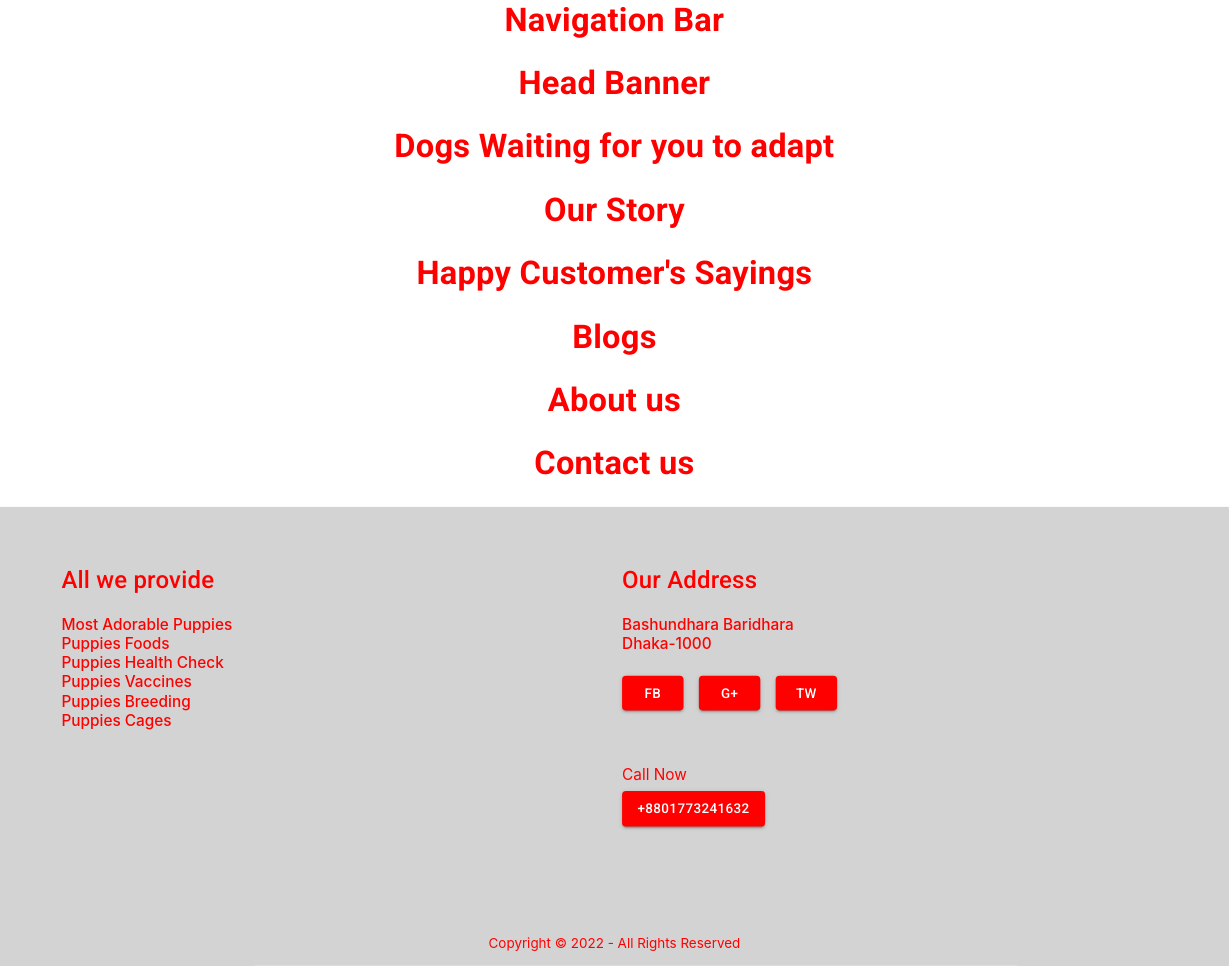
Repository: Sharif-00112/dogos-paradise-client
Page: /
These files come from the project's save history. The page is drawn as it stood at one moment and after the next save; the edit follows.
The browser window is 1280 px wide. The pictures show the whole page, at 96% of full size.
The project was rebuilt for these pictures with package versions that can differ from the ones it lists, and the page was loaded fresh each time. Also part of the build but not shown: src/Pages/Login/Login/Login.js, src/Pages/Login/Register/Register.js, src/Pages/NotFound/NotFound.js.

Above is the page before, as saved 2022-11-30 22:50:46.

### public/index.html
<!DOCTYPE html>
<html lang="en">
  <head>
    <meta charset="utf-8" />
    <link rel="icon" href="%PUBLIC_URL%/favicon.ico" />
    <meta name="viewport" content="width=device-width, initial-scale=1" />
    <meta name="theme-color" content="#000000" />
    <meta
      name="description"
      content="Web site created using create-react-app"
    />
    <link
      rel="stylesheet" href="https://fonts.googleapis.com/css?family=Roboto:300,400,500,700&display=swap"
    />

    <link rel="apple-touch-icon" href="%PUBLIC_URL%/logo192.png" />
    <!--
      manifest.json provides metadata used when your web app is installed on a
      user's mobile device or desktop. See https://developers.google.com/web/fundamentals/web-app-manifest/
    -->
    <link rel="manifest" href="%PUBLIC_URL%/manifest.json" />
    <!--
      Notice the use of %PUBLIC_URL% in the tags above.
      It will be replaced with the URL of the `public` folder during the build.
      Only files inside the `public` folder can be referenced from the HTML.

      Unlike "/favicon.ico" or "favicon.ico", "%PUBLIC_URL%/favicon.ico" will
      work correctly both with client-side routing and a non-root public URL.
      Learn how to configure a non-root public URL by running `npm run build`.
    -->
    <title>React App</title>
  </head>
  <body>
    <noscript>You need to enable JavaScript to run this app.</noscript>
    <div id="root"></div>
    <!--
      This HTML file is a template.
      If you open it directly in the browser, you will see an empty page.

      You can add webfonts, meta tags, or analytics to this file.
      The build step will place the bundled scripts into the <body> tag.

      To begin the development, run `npm start` or `yarn start`.
      To create a production bundle, use `npm run build` or `yarn build`.
    -->
  </body>
</html>

### src/App.js
import React  from 'react';
import './App.css';
import { BrowserRouter as Router, Route, Routes} from 'react-router-dom';
import Home from './Pages/Home/Home/Home';
import Login from './Pages/Login/Login/Login';
import Register from './Pages/Login/Register/Register';
import AuthProvider from './contexts/AuthProvider/AuthProvider';
// import PrivateRoute from './Pages/Login/PrivateRoute/PrivateRoute';
import NotFound from './Pages/NotFound/NotFound';
import Contact from './Pages/Home/Contact/Contact';
import Products from './Pages/Home/Products/Products';
import Story from './Pages/Home/Story/Story';
import CustomerReviews from './Pages/Home/CustomerReviews/CustomerReviews';
import Blogs from './Pages/Home/Blogs/Blogs';
import About from './Pages/Home/About/About';
// import Footer from './Pages/Shared/Footer/Footer';
// import Dashboard from './Pages/Dashboard/Dashboard/Dashboard';

function App() {
  return (
    <div className="App">
      <AuthProvider>
        <Router>
          <Routes>
            <Route exact path = '/' element={<Home/>}/>
            <Route exact path = '/home' element={<Home/>}/>
            <Route exact path = '/login' element={<Login/>}/>
            <Route exact path = '/register' element={<Register/>}/>
            <Route exact path = '/contact' element={<Contact/>}/>
            <Route exact path = '/products' element={<Products/>}/>
            <Route exact path = '/story' element={<Story/>}/>
            <Route exact path = '/reviews' element={<CustomerReviews/>}/>
            <Route exact path = '/blogs' element={<Blogs/>}/>
            <Route exact path = '/about' element={<About/>}/>
            {/* <Route exact path = '/appointment' element = {
              <PrivateRoute>
                <Appointment></Appointment>
              </PrivateRoute>
            }> </Route> */}
            {/* <Route path = 'dashboard/*' element = {
              <PrivateRoute>
                <Dashboard></Dashboard>
              </PrivateRoute>
            }> </Route> */}
            <Route path = '*' element={<NotFound/>}/>
          </Routes>
          {/* <Footer></Footer> */}
        </Router>
      </AuthProvider>
    </div>
  );
}

export default App;

### src/Pages/Home/Home/Home.js
import React from 'react';
import Footer from '../../Shared/Footer/Footer';
import Navigation from '../../Shared/Navigation/Navigation';
import About from '../About/About';
import Banner from '../Banner/Banner';
import Blogs from '../Blogs/Blogs';
import Contact from '../Contact/Contact';
import CustomerReviews from '../CustomerReviews/CustomerReviews';
import Products from '../Products/Products';
import Story from '../Story/Story';

const Home = () => {
    return (
        <div>
            <Navigation></Navigation>
            <Banner></Banner>
            <Products></Products>
            <Story></Story>
            <CustomerReviews></CustomerReviews>
            <Blogs></Blogs>
            <About></About>
            <Contact></Contact>
            <Footer></Footer>
        </div>
    );
};

export default Home;

### src/contexts/AuthProvider/AuthProvider.js
import React from 'react';
import { createContext } from 'react';
import useFirebase from '../../hooks/useFirebase';

//step-1-context
export const AuthContext = createContext();

const AuthProvider = (props) => {
    //step-3-context
    const {children} = props;

    //step-5-context
    const allContexts = useFirebase();

    return (
        //step-2-context
        <AuthContext.Provider value={allContexts}>
            {children}
        </AuthContext.Provider>
    );
};

export default AuthProvider;

### src/Pages/Home/Contact/Contact.js
import React from 'react';
import { Typography } from '@mui/material';

const Contact = () => {
    return (
        <div>
            <Typography sx={{ m: 3, color: 'red', fontWeight: 600 }} variant="h4" component="div">
                Contact us
            </Typography>
        </div>
    );
};

export default Contact;

### src/Pages/Home/Products/Products.js
import React from 'react';
import { Typography } from '@mui/material';

const Products = () => {
    return (
        <div>
            <Typography sx={{ m: 3, color: 'red', fontWeight: 600 }} variant="h4" component="div">
                Dogs Waiting for you to adapt
            </Typography>
        </div>
    );
};

export default Products;

### src/Pages/Home/Story/Story.js
import React from 'react';
import { Typography } from '@mui/material';


const Story = () => {
    return (
        <div>
            <Typography sx={{ m: 3, color: 'red', fontWeight: 600 }} variant="h4" component="div">
                Our Story
            </Typography>
        </div>
    );
};

export default Story;

### src/Pages/Home/CustomerReviews/CustomerReviews.js
import React from 'react';
import { Typography } from '@mui/material';


const CustomerReviews = () => {
    return (
        <div>
            <Typography sx={{ m: 3, color: 'red', fontWeight: 600 }} variant="h4" component="div">
                Happy Customer's Sayings
            </Typography>
        </div>
    );
};

export default CustomerReviews;

### src/Pages/Home/Blogs/Blogs.js
import React from 'react';
import { Typography } from '@mui/material';


const Blogs = () => {
    return (
        <div>
            <Typography sx={{ m: 3, color: 'red', fontWeight: 600 }} variant="h4" component="div">
                Blogs
            </Typography>
        </div>
    );
};

export default Blogs;

### src/Pages/Home/About/About.js
import React from 'react';
import { Typography } from '@mui/material';

const About = () => {
    return (
        <div>
            <Typography sx={{ m: 3, color: 'red', fontWeight: 600 }} variant="h4" component="div">
                About us
            </Typography>
        </div>
    );
};

export default About;

### src/Pages/Shared/Footer/Footer.js
import React from 'react';
import { Typography } from '@mui/material';
import { Container } from '@mui/system';
import Box from '@mui/material/Box';
import Grid from '@mui/material/Unstable_Grid2';
import { Link } from 'react-router-dom';
import { Button } from '@mui/material';


const Footer = () => {
    return (
        <div style={{ backgroundColor: 'lightgray' }}>
        <Container sx={{ py: 5, px:10 }}>
            <Box sx={{ flexGrow: 1 }}>
                <Grid container spacing={2}>
                    <Grid item style={{ textAlign: 'left'}} xs={6} md={6}>
                        <Typography sx={{ my:2, fontSize: 18, fontWeight: 600 }} style={{color: 'red', fontWeight: 500, fontSize: 25 }} variant="h6" component="div">
                            All we provide
                        </Typography>
                        <Link
                            style={{ textDecoration:'none', color: 'red', fontWeight: 500, fontSize: 16 }}
                            to = '/emergencyDentalCare'>
                                Most Adorable Puppies
                        </Link>
                        <br />
                        <Link
                            style={{ textDecoration:'none', color: 'red', fontWeight: 500, fontSize: 16 }}
                            to = '/checkUp'>
                                Puppies Foods
                        </Link>
                        <br />
                        <Link
                            style={{ textDecoration:'none', color: 'red', fontWeight: 500, fontSize: 16 }}
                            to = '/checkUp'>
                                Puppies Health Check
                        </Link>
                        <br />
                        <Link
                            style={{ textDecoration:'none', color: 'red', fontWeight: 500, fontSize: 16 }}
                            to = '/checkUp'>
                                Puppies Vaccines
                        </Link>
                        <br />
                        <Link
                            style={{ textDecoration:'none', color: 'red', fontWeight: 500, fontSize: 16 }}
                            to = '/checkUp'>
                                Puppies Breeding
                        </Link>
                        <br />
                        <Link
                            style={{ textDecoration:'none', color: 'red', fontWeight: 500, fontSize: 16 }}
                            to = '/checkUp'>
                                Puppies Cages
                        </Link>
                    </Grid>
                    <Grid item style={{ textAlign: 'left'}} xs={6} md={6}>
                        <Typography sx={{ my:2, fontSize: 18, fontWeight: 600 }} style={{color: 'red', fontWeight: 500, fontSize: 25 }} variant="h6" component="div">
                            Our Address
                        </Typography>
                        <Typography sx={{ fontSize: 16, fontWeight: 400 }} style={{color: 'red', fontWeight: 500, fontSize: 16 }} variant="" component="div">
                                Bashundhara Baridhara <br />
                                Dhaka-1000
                        </Typography>

                        <a href="https://www.facebook.com/" target="_blank" style={{ textDecoration:'none', color:'white' }}>
                            <Button sx={{ mt:3, mr:2 }} variant="contained" style={{backgroundColor: 'red'}}>
                                FB
                            </Button>
                        </a>
                        <a href="https://www.google.com/" target="_blank" style={{ textDecoration:'none', color:'white' }}>
                            <Button sx={{ mt:3, mr:2 }} variant="contained" style={{backgroundColor: 'red'}}>
                                G+
                            </Button>
                        </a>
                        <a href="https://twitter.com/" target="_blank" style={{ textDecoration:'none', color:'white' }}>
                            <Button sx={{ mt:3, mr:2 }} variant="contained" style={{backgroundColor: 'red'}}>
                                TW
                            </Button>
                        </a>

                        <Typography sx={{ mt:7, fontSize: 16, fontWeight: 400, color:'red' }} variant="" component="div">
                                Call Now
                        </Typography>
                        <a href="tel:+8801773241632" style={{ textDecoration:'none', color:'white' }}>
                            <Button sx={{ mt:1, mr:2 }} variant="contained" style={{backgroundColor: 'red'}}>
                                +8801773241632
                            </Button>
                        </a>
                    </Grid>
                </Grid>
            </Box>
        </Container>
        <Typography sx={{ p:2, mt:7, fontSize: 14, fontWeight: 400, color: 'red' }} variant="" component="div">
            Copyright &copy; 2022 - All Rights Reserved
        </Typography>
    </div>
    );
};

export default Footer;

### src/Pages/Shared/Navigation/Navigation.js
import React from 'react';
import { Typography } from '@mui/material';

const Navigation = () => {
    return (
        <div>
            <Typography sx={{ mx: 3, color: 'red', fontWeight: 600 }} variant="h4" component="div">
                Navigation Bar
            </Typography>
        </div>
    );
};

export default Navigation;

### src/Pages/Home/Banner/Banner.js
import React from 'react';
import { Typography } from '@mui/material';

const Banner = () => {
    return (
        <div>
            <Typography sx={{ m: 3, color: 'red', fontWeight: 600 }} variant="h4" component="div">
                Head Banner
            </Typography>
        </div>
    );
};

export default Banner;

### src/hooks/useFirebase.js
import { useState } from "react";
import initializeAuthentication from "../Pages/Login/Firebase/firebase.initialize";
import { getAuth, signInWithPopup, GoogleAuthProvider, onAuthStateChanged, signOut, FacebookAuthProvider, createUserWithEmailAndPassword, signInWithEmailAndPassword, sendPasswordResetEmail, updatePassword, sendEmailVerification, updateProfile, getIdToken } from "firebase/auth";
import { useEffect } from "react";

initializeAuthentication();

const useFirebase = () =>{
    const [user, setUser] = useState({});
    const [error, setError] = useState('');
    const [name, setName] = useState('');
    const [email, setEmail] = useState('');
    const [password, setPassword] = useState('');
    const [isLoading, setIsLoading] = useState(true);
    const [admin, setAdmin] = useState(false);
    const [token, setToken] = useState('');

    const googleProvider = new GoogleAuthProvider();
    // const gitProvider = new GithubAuthProvider();
    const facebookProvider = new FacebookAuthProvider();
    const auth = getAuth();

    const signInUsingGoogle = () =>{
      setIsLoading(true);
      signInWithPopup(auth, googleProvider)
      .then((result) => {
          // This gives you a Google Access Token. You can use it to access the Google API.
          // const credential = GoogleAuthProvider.credentialFromResult(result);
          // const token = credential.accessToken;
          // The signed-in user info.
          setUser(result.user);
          // save user to the database
          saveUserToDB(result.user.email, result.user.displayName, 'PUT');
      }).catch((error) => {
          // Handle Errors here.
          setError(error.code);
          setError(error.message);
          // The email of the user's account used.
          setError(error.customData.email);
          // The AuthCredential type that was used.
          setError(GoogleAuthProvider.credentialFromError(error));
      }).finally(() =>{
        setIsLoading(false);
      });
    };

    const signInUsingFacebook = () =>{
      setIsLoading(true);
      signInWithPopup(auth, facebookProvider)
      .then((result) => {
        // The signed-in user info.
        setUser(result.user);
        // save user to the database
        saveUserToDB(result.user.email, result.user.displayName, 'PUT');

        // This gives you a Facebook Access Token. You can use it to access the Facebook API.
        // const credential = FacebookAuthProvider.credentialFromResult(result);
        // const accessToken = credential.accessToken;
      })
      .catch((error) => {
        // Handle Errors here.
        setError(error.code);
        setError(error.message);
        // The email of the user's account used.
        setError(error.customData.email);
        // The AuthCredential type that was used.
        setError(FacebookAuthProvider.credentialFromError(error));
      }).finally(() =>{
        setIsLoading(false);
      });
    };

    const customLogin = (email, password) =>{
      setIsLoading(true);
      signInWithEmailAndPassword(auth, email, password)
      .then((userCredential) => {
        // Signed in
        setUser(userCredential.user);
        setError('');
      })
      .catch((error) => {
        setError(error.code);
        setError(error.message);
      })
      .finally(() => setIsLoading(false));
    };

    const customRegister = (email, password) =>{
      setIsLoading(true);
      createUserWithEmailAndPassword(auth, email, password)
      .then((userCredential) => {
        // Signed in
        // const user = userCredential.user;
        // console.log(user);
        setUser(userCredential.user);
        // save user to the database
        saveUserToDB(userCredential.user.email, userCredential.user.displayName, 'POST')
        // clear error message
        setError('');
      })
      .catch((error) => {
        setError(error.code);
        setError(error.message);
      })
      .finally(() => setIsLoading(false));
    };

    const handleLoginSubmitBtn = e =>{
      e.preventDefault();
      // console.log(email, password);
      customLogin(email, password);
    }

    const handleRegisterSubmitBtn = e =>{
      e.preventDefault();
      // console.log(email, password);

      if(!/.{8,}/.test(password)){
        setError('Ensure password is of minimum length 8');
        return;
      }
      if(!/(?=.*[A-Z])/.test(password)){
        setError('Ensure password has minimum one uppercase letters');
        return;
      }
      if(!/(?=.*[!@#$%^&*()\-__+.])/.test(password)){
        setError('Ensure password has minimum one special case letter');
        return;
      }
      if(!/(?=.*[0-9])/.test(password)){
        setError('Ensure password has minimum one digits');
        return;
      }
      if(!/(?=.*[a-z])/.test(password)){
        setError('Ensure password has minimum one lowercase letters');
        return;
      }
      customRegister(email, password);
    }

    const handleNameChange = e =>{
      setName(e.target.value);
    }

    const handleEmailChange = e =>{
      setEmail(e.target.value);
    }

    const handlePasswordChange = e =>{
      setPassword(e.target.value);
    }

    const handleForgotPassword = () =>{
      sendPasswordResetEmail(auth, email)
      .then(() => {
        // Password reset email sent!
      })
      .catch((error) => {
        setError(error.code);
        setError(error.message);
      });
    }

    const handleChangePassword = () =>{
      const user = auth.currentUser;
      const newPassword = password;
      updatePassword(user, newPassword).then(() => {
        // Update successful.
      }).catch((error) => {
        setError(error.code);
        setError(error.message);
      });
    }

    const setUserName = () =>{
      updateProfile(auth.currentUser, {
        displayName: name
      }).then(() => {
        // Profile updated!
      }).catch((error) => {
        setError(error.code);
        setError(error.message);
      });
    }

    const verifyEmail = () =>{
      sendEmailVerification(auth.currentUser)
      .then(() => {
        // Email verification sent!
      }).catch((error) => {
        setError(error.code);
        setError(error.message);
      });
    }

    //observe user login change
    useEffect(()=>{
        const unsubscribe = onAuthStateChanged(auth, (user) => {
            if (user) {
              // User is signed in
              setUser(user);

              //JWT
              getIdToken(user)
              // .then(idToken => console.log(idToken))
              // .then(idToken => localStorage.setItem('idToken', idToken))
              .then(idToken => setToken(idToken))

            } else {
              // User is signed out
              setUser({});
            }
            setIsLoading(false);
          });
          return () => unsubscribe;
    },[auth]);

    // check Admin
    // useEffect( () =>{
    //   fetch(`http://localhost:3005/users/${user.email}`)
    //   .then(res => res.json())
    //   .then(data => setAdmin(data.admin))
    // } ,[user.email])

    const logout = () =>{
      setIsLoading(true);
      signOut(auth)
      .then(() => {
          // Sign-out successful.
          setUser({});
        }).catch((error) => {
          setError(error);
        }).finally(()=>{
          setIsLoading(false);
        });
    }

    const saveUserToDB = (email, displayName, method) =>{
      const user = {email, displayName};
      fetch('http://localhost:3005/users', {
          method: method,
          headers: {
              'content-type' : 'application/json'
          },
          body: JSON.stringify(user)
      })
      .then()
    }

    return {
      signInUsingGoogle,
      signInUsingFacebook,
      customLogin,
      customRegister,
      handleLoginSubmitBtn,
      handleRegisterSubmitBtn,
      handleNameChange,
      handleEmailChange,
      handlePasswordChange,
      handleForgotPassword,
      handleChangePassword,
      verifyEmail,
      setUserName,
      logout,
      user,
      admin,
      error,
      isLoading,
      token
    };
}

export default useFirebase;

### src/Pages/Login/Firebase/firebase.initialize.js
import { initializeApp } from "firebase/app";
import firebaseConfig from "./firebase.config";

const initializeAuthentication = () =>{
    initializeApp(firebaseConfig);
}

export default initializeAuthentication;

### src/Pages/Login/Firebase/firebase.config.js
// console.log(process.env);

const firebaseConfig = {
  apiKey: process.env.REACT_APP_FIREBASE_API_KEY,
  authDomain: process.env.REACT_APP_FIREBASE_AUTH_DOMAIN,
  projectId: process.env.REACT_APP_FIREBASE_PROJECT_ID,
  storageBucket: process.env.REACT_APP_FIREBASE_STORAGE_BUCKET,
  messagingSenderId: process.env.REACT_APP_FIREBASE_MESSAGING_SENDER_ID,
  appId: process.env.REACT_APP_FIREBASE_APP_ID,
  measurementId: process.env.REACT_APP_FIREBASE_MEASUREMENT_ID
};

export default firebaseConfig;

// .env.local
// REACT_APP_FIREBASE_API_KEY=AIzaSyCGaQ8G2l5KeOKX4bAJ7MC19oWW_2vnTNQ
// REACT_APP_FIREBASE_AUTH_DOMAIN=dogos-paradise.firebaseapp.com
// REACT_APP_FIREBASE_PROJECT_ID=dogos-paradise
// REACT_APP_FIREBASE_STORAGE_BUCKET=dogos-paradise.appspot.com
// REACT_APP_FIREBASE_MESSAGING_SENDER_ID=824394057307
// REACT_APP_FIREBASE_APP_ID=1:824394057307:web:727ac0c86627b9544a617e
// REACT_APP_FIREBASE_MEASUREMENT_ID=G-DL8JJ6MYSD

// const firebaseConfig = {
  // apiKey: "AIzaSyCGaQ8G2l5KeOKX4bAJ7MC19oWW_2vnTNQ",
  // authDomain: "dogos-paradise.firebaseapp.com",
  // projectId: "dogos-paradise",
  // storageBucket: "dogos-paradise.appspot.com",
  // messagingSenderId: "824394057307",
  // appId: "1:824394057307:web:727ac0c86627b9544a617e",
  // measurementId: "G-DL8JJ6MYSD"
// };

Loaded but not shown: src/index.js (common file); src/index.css (common file); src/reportWebVitals.js (common file); src/App.css (common file)

After the next save:
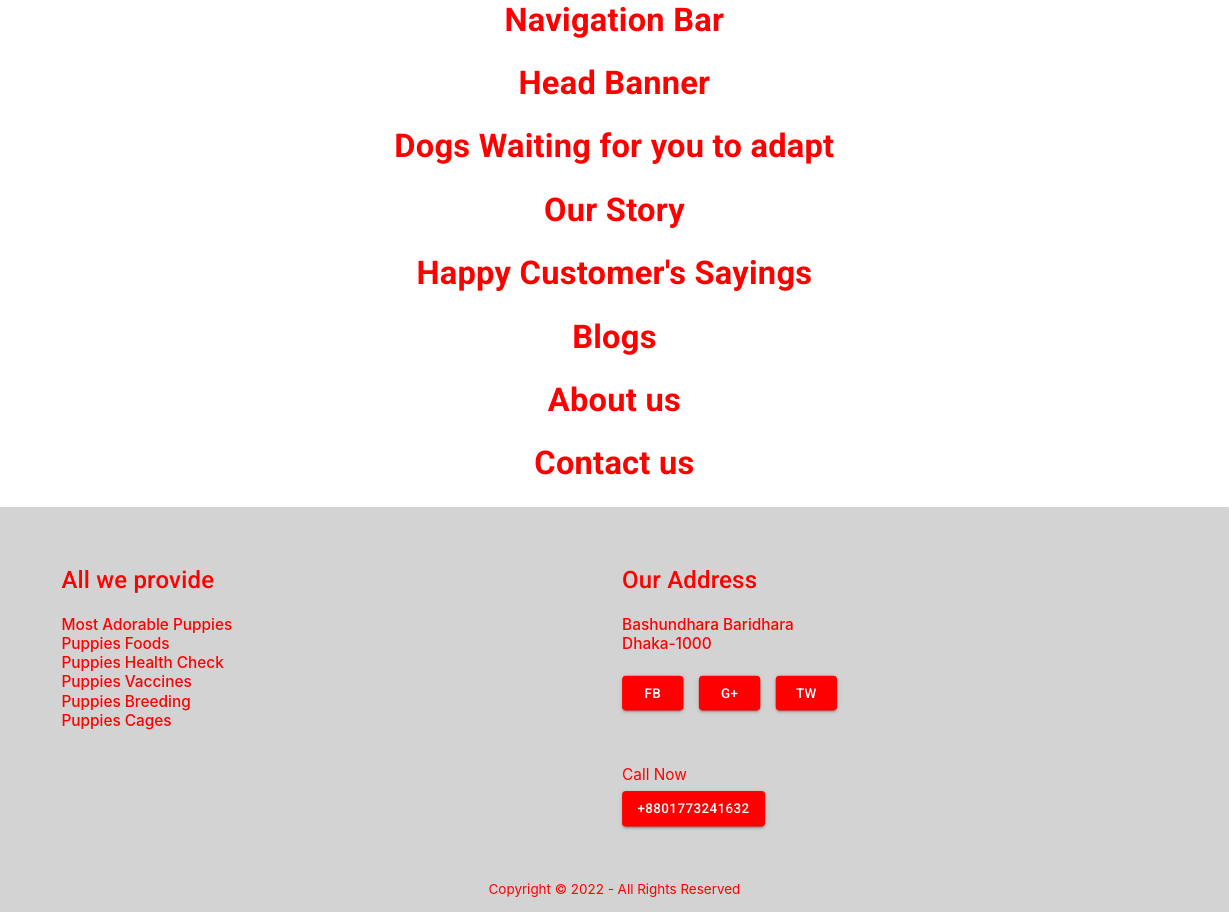
Saved 31 s later.
--- a/src/Pages/Shared/Footer/Footer.js
+++ b/src/Pages/Shared/Footer/Footer.js
@@ -90,7 +90,7 @@ const Footer = () => {
                 </Grid>
             </Box>
         </Container>
-        <Typography sx={{ p:2, mt:7, fontSize: 14, fontWeight: 400, color: 'red' }} variant="" component="div">
+        <Typography sx={{ p:2, fontSize: 14, fontWeight: 400, color: 'red' }} variant="" component="div">
             Copyright &copy; 2022 - All Rights Reserved
         </Typography>
     </div>
